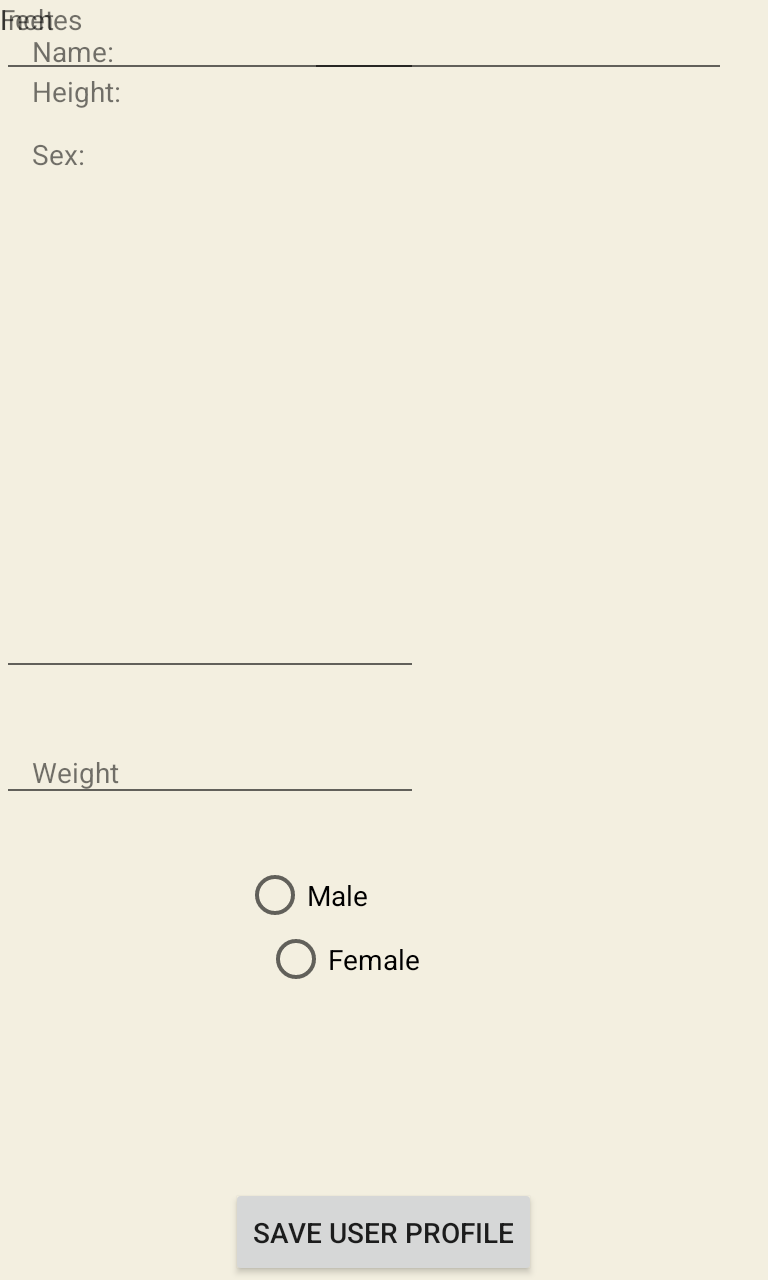
Repository: CS185Wingman/wingman
Layout: Workspace/wingman/res/layout/user_settings.xml
The author's editor kept a copy of each file at every save. The layout is drawn from the files as they stood at one save, then again after the next save.
It is drawn on a 768 x 1280 px phone screen (xhdpi) without system bars, with theme AppTheme; the app's code is not run.

Above is the layout before, as saved 2014-06-06 04:28:24.

After the next save:
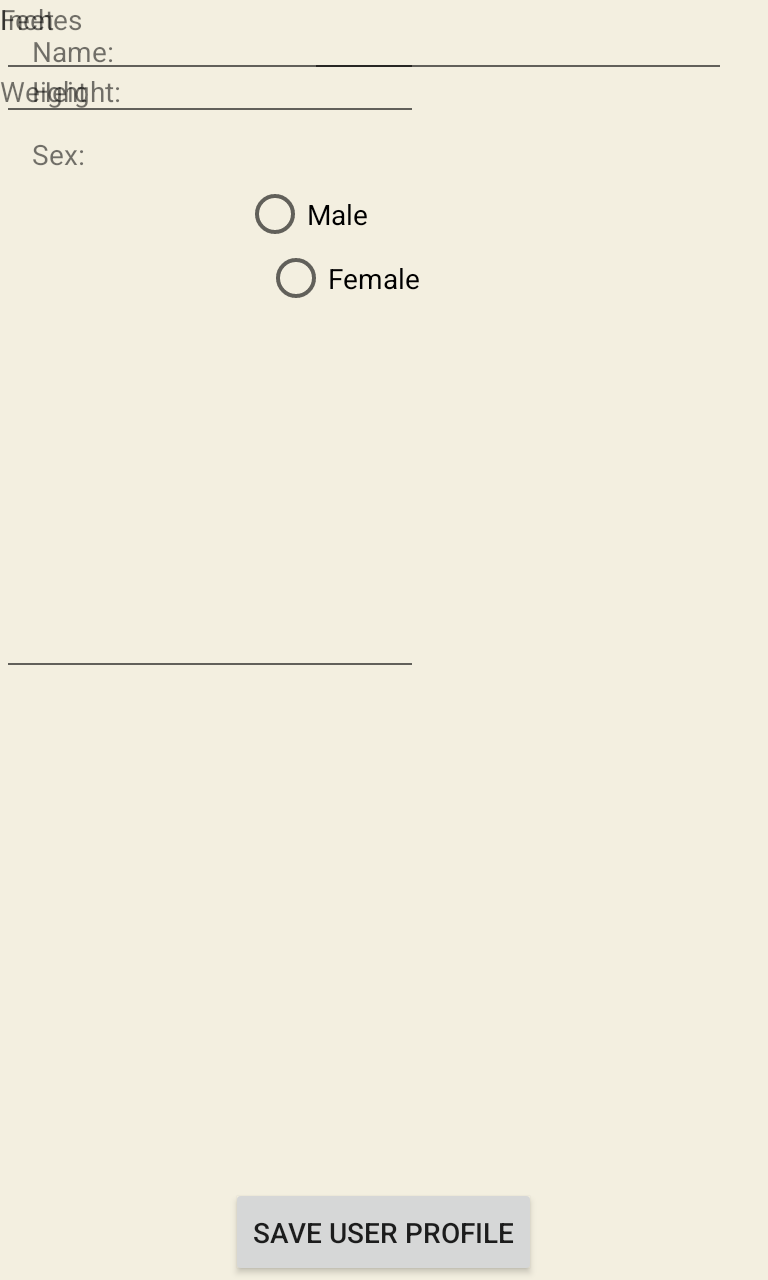
Saved 5 s later.
--- a/Workspace/wingman/res/layout/user_settings.xml
+++ b/Workspace/wingman/res/layout/user_settings.xml
@@ -80,8 +80,6 @@
         android:id="@+id/weightLabel"
         android:layout_width="wrap_content"
         android:layout_height="wrap_content"
-        android:layout_alignLeft="@+id/heightLabel"
-        android:layout_below="@+id/inchesField"
         android:layout_marginTop="36dp"
         android:text="Weight" />
 
